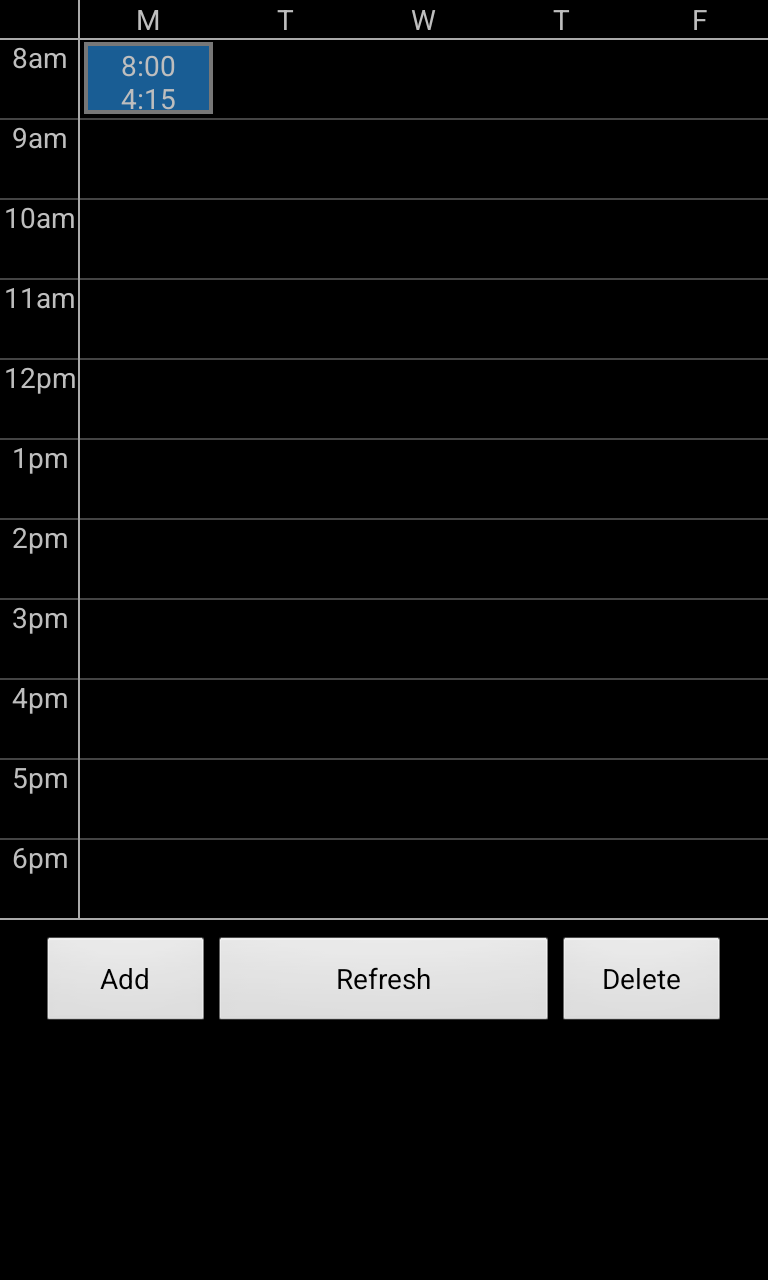
Repository: appsfactory/OfficeHours
Layout: OfficeHoursClient/res/layout/activity_schedule_view.xml
These files come from the project's save history. The layout is drawn as it stood at one moment and after the next save; the edit follows.
It is drawn on a 768 x 1280 px phone screen (xhdpi) without system bars, with theme AppTheme; the app's code is not run.

Above is the layout before, as saved 2012-09-27 18:12:21.

### OfficeHoursClient/res/layout/activity_schedule_view.xml
<?xml version="1.0" encoding="utf-8"?>
<LinearLayout xmlns:android="http://schemas.android.com/apk/res/android"
    android:layout_width="fill_parent"
    android:layout_height="wrap_content"
    android:orientation="vertical" >


    <RelativeLayout
        android:id="@+id/relativeLayout1"
        android:layout_width="match_parent"
        android:layout_height="wrap_content" >

        <TextView android:background="#aaa" android:layout_width = "1dp" android:layout_height="wrap_content" android:layout_marginTop="0dp" android:layout_marginLeft="39dp" android:text=" "/>

		<!-- HEADERS -->
        <LinearLayout
            android:id="@+id/linearLayout1"
            android:layout_width="wrap_content"
            android:layout_height="wrap_content"
            android:layout_alignParentLeft="true"
            android:layout_alignParentRight="true"
            android:layout_alignParentTop="true" >

            <TextView
                android:id="@+id/mon_header"
                android:layout_width="0dp"
                android:layout_height="wrap_content"
                android:layout_marginLeft="40dp"
                android:layout_weight="2"
                android:gravity="center"
                android:text="M" />

            <TextView
                android:id="@+id/tue_header"
                android:layout_width="0dp"
                android:layout_height="wrap_content"
                android:layout_weight="2"
                android:gravity="center"
                android:text="T" />

            <TextView
                android:id="@+id/wed_header"
                android:layout_width="0dp"
                android:layout_height="wrap_content"
                android:layout_weight="2"
                android:gravity="center"
                android:text="W" />

            <TextView
                android:id="@+id/thu_header"
                android:layout_width="0dp"
                android:layout_height="wrap_content"
                android:layout_weight="2"
                android:gravity="center"
                android:text="T" />

            <TextView
                android:id="@+id/fri_header"
                android:layout_width="0dp"
                android:layout_height="wrap_content"
                android:layout_weight="2"
                android:gravity="center"
                android:text="F" />
        </LinearLayout>
    </RelativeLayout>

    <ScrollView
        android:id="@+id/scrollView1"
        android:layout_width="match_parent"
        android:layout_height="wrap_content"
        android:padding="0dp"
        android:scrollbars="none" >"

		<!--  GRID/BORDERS -->
        <RelativeLayout
            android:id="@+id/relativeLayout242"
            android:layout_width="match_parent"
            android:layout_height="wrap_content"
            android:padding="0dp" >



            <View android:background="#aaa" android:layout_width = "fill_parent" android:layout_height="1dp" android:layout_marginTop="0dp" />
            <View android:background="#444" android:layout_width = "fill_parent" android:layout_height="1dp" android:layout_marginTop="40dp"/>
            <View android:background="#444" android:layout_width = "fill_parent" android:layout_height="1dp" android:layout_marginTop="80dp"/>
            <View android:background="#444" android:layout_width = "fill_parent" android:layout_height="1dp" android:layout_marginTop="120dp"/>
            <View android:background="#444" android:layout_width = "fill_parent" android:layout_height="1dp" android:layout_marginTop="160dp"/>
            <View android:background="#444" android:layout_width = "fill_parent" android:layout_height="1dp" android:layout_marginTop="200dp"/>
            <View android:background="#444" android:layout_width = "fill_parent" android:layout_height="1dp" android:layout_marginTop="240dp"/>
            <View android:background="#444" android:layout_width = "fill_parent" android:layout_height="1dp" android:layout_marginTop="280dp"/>
            <View android:background="#444" android:layout_width = "fill_parent" android:layout_height="1dp" android:layout_marginTop="320dp"/>
            <View android:background="#444" android:layout_width = "fill_parent" android:layout_height="1dp" android:layout_marginTop="360dp"/>
            <View android:background="#444" android:layout_width = "fill_parent" android:layout_height="1dp" android:layout_marginTop="400dp"/>
            <View android:background="#aaa" android:layout_width = "fill_parent" android:layout_height="1dp" android:layout_marginTop="440dp"/>
            <View android:background="#aaa" android:layout_width = "1dp" android:layout_height="441dp" android:layout_marginTop="0dp" android:layout_marginLeft="39dp"/>

<!--
            <View android:background="#777" android:layout_width = "fill_parent" android:layout_height="1dp" android:layout_marginTop="20dp"/>
            <View android:background="#777" android:layout_width = "fill_parent" android:layout_height="1dp" android:layout_marginTop="60dp"/>
            <View android:background="#777" android:layout_width = "fill_parent" android:layout_height="1dp" android:layout_marginTop="100dp"/>
            <View android:background="#777" android:layout_width = "fill_parent" android:layout_height="1dp" android:layout_marginTop="140dp"/>
            <View android:background="#777" android:layout_width = "fill_parent" android:layout_height="1dp" android:layout_marginTop="180dp"/>
            <View android:background="#777" android:layout_width = "fill_parent" android:layout_height="1dp" android:layout_marginTop="220dp"/>
            <View android:background="#777" android:layout_width = "fill_parent" android:layout_height="1dp" android:layout_marginTop="260dp"/>
            <View android:background="#777" android:layout_width = "fill_parent" android:layout_height="1dp" android:layout_marginTop="300dp"/>
            <View android:background="#777" android:layout_width = "fill_parent" android:layout_height="1dp" android:layout_marginTop="340dp"/>
            <View android:background="#777" android:layout_width = "fill_parent" android:layout_height="1dp" android:layout_marginTop="380dp"/>
            <View android:background="#777" android:layout_width = "fill_parent" android:layout_height="1dp" android:layout_marginTop="420dp"/> -->


            <LinearLayout
                android:id="@+id/linearLayout2"
                android:layout_width="match_parent"
                android:layout_height="wrap_content"
                android:padding="0dp" >

                <!-- SIDEBAR -->

                <RelativeLayout
                    android:id="@+id/sidebar"
                    android:layout_width="37dp"
                    android:layout_height="wrap_content"
                    android:layout_marginLeft="1.5dp"
                    android:layout_marginRight="1.5dp"
                    android:padding="0dp" >

                    <TextView
                        android:id="@+id/textView10"
                        android:layout_width="match_parent"
                        android:layout_height="wrap_content"
                        android:layout_marginTop="0dp"
                        android:gravity="center"
                        android:text="8am" />

                    <TextView
                        android:id="@+id/textView10"
                        android:layout_width="match_parent"
                        android:layout_height="wrap_content"
                        android:layout_marginTop="40dp"
                        android:gravity="center"
                        android:text="9am" />

                    <TextView
                        android:id="@+id/textView10"
                        android:layout_width="match_parent"
                        android:layout_height="wrap_content"
                        android:layout_marginTop="80dp"
                        android:gravity="center"
                        android:text="10am" />

                    <TextView
                        android:id="@+id/textView10"
                        android:layout_width="match_parent"
                        android:layout_height="wrap_content"
                        android:layout_marginTop="120dp"
                        android:gravity="center"
                        android:text="11am" />

                    <TextView
                        android:id="@+id/textView10"
                        android:layout_width="match_parent"
                        android:layout_height="wrap_content"
                        android:layout_marginTop="160dp"
                        android:gravity="center"
                        android:text="12pm" />

                    <TextView
                        android:id="@+id/textView10"
                        android:layout_width="match_parent"
                        android:layout_height="wrap_content"
                        android:layout_marginTop="200dp"
                        android:gravity="center"
                        android:text="1pm" />

                    <TextView
                        android:id="@+id/textView10"
                        android:layout_width="match_parent"
                        android:layout_height="wrap_content"
                        android:layout_marginTop="240dp"
                        android:gravity="center"
                        android:text="2pm" />

                    <TextView
                        android:id="@+id/textView10"
                        android:layout_width="match_parent"
                        android:layout_height="wrap_content"
                        android:layout_marginTop="280dp"
                        android:gravity="center"
                        android:text="3pm" />

                    <TextView
                        android:id="@+id/textView10"
                        android:layout_width="match_parent"
                        android:layout_height="wrap_content"
                        android:layout_marginTop="320dp"
                        android:gravity="center"
                        android:text="4pm" />

                    <TextView
                        android:id="@+id/textView10"
                        android:layout_width="match_parent"
                        android:layout_height="wrap_content"
                        android:layout_marginTop="360dp"
                        android:gravity="center"
                        android:text="5pm" />

                    <TextView
                        android:id="@+id/textView10"
                        android:layout_width="match_parent"
                        android:layout_height="wrap_content"
                        android:layout_marginTop="400dp"
                        android:gravity="center"
                        android:text="6pm" />
                </RelativeLayout>

                <RelativeLayout
                    android:id="@+id/relativeLayout3"
                    android:layout_width="0dp"
                    android:layout_height="match_parent"
                    android:layout_weight="14"
                    android:padding="0dp" >

                    <LinearLayout
                        android:id="@+id/linearLayout3"
                        android:layout_width="match_parent"
                        android:layout_height="wrap_content"
                        android:layout_alignParentLeft="true"
                        android:layout_alignParentRight="true"
                        android:layout_alignParentTop="true"
                        android:padding="0dp" >


                        <!-- COLUMNS -->
                        <RelativeLayout
                            android:id="@+id/moncolumn"
                            android:layout_width="0dp"
                            android:layout_height="match_parent"
                            android:layout_weight="1" >

							<View android:background="#777" android:layout_width = "fill_parent" android:layout_height="36dp" android:layout_margin="2dp" />
							<LinearLayout
							     android:layout_width="fill_parent"
							    android:layout_height="32dp"
							    android:layout_margin="4dp"
							    android:background="#195D94">
							    <TextView
							    	android:layout_width="fill_parent"
							    	android:layout_height="wrap_content"
							    	android:layout_alignParentBottom="true"
							    	android:text="test"/>

							</LinearLayout>
							<TextView
							    android:layout_width="fill_parent"
							    android:layout_height="32dp"
							    android:layout_margin="4dp"
							    android:background="#195D94"
							    android:gravity="center"
							    android:text='8:00&#10;4:15' />

							<!-- <TextView
        android:id="@+id/login_subtitle"
        android:layout_width="wrap_content"
        android:layout_height="wrap_content"
        android:layout_below="@+id/login_title"
        android:layout_centerHorizontal="true"
        android:text="@string/login_subtitle"
        android:textAppearance="?android:attr/textAppearanceLarge" /> -->

                        </RelativeLayout>

                        <RelativeLayout
                            android:id="@+id/tuecolumn"
                            android:layout_width="0dp"
                            android:layout_height="match_parent"
                            android:layout_weight="1" >

                        </RelativeLayout>

                        <RelativeLayout
                            android:id="@+id/wedcolumn"
                            android:layout_width="0dp"
                            android:layout_height="match_parent"
                            android:layout_weight="1" >

                        </RelativeLayout>

                        <RelativeLayout
                            android:id="@+id/thucolumn"
                            android:layout_width="0dp"
                            android:layout_height="match_parent"
                            android:layout_weight="1" >

                        </RelativeLayout>

                        <RelativeLayout
                            android:id="@+id/fricolumn"
                            android:layout_width="0dp"
                            android:layout_height="match_parent"
                            android:layout_weight="1" >

                            <Button
                                android:id="@+id/button1"
                                android:layout_width="fill_parent"
                                android:layout_height="180dp"
                                android:layout_marginTop="480dp"
                                android:text="Some Event" />

                        </RelativeLayout>

                    </LinearLayout>
                </RelativeLayout>
            </LinearLayout>
        </RelativeLayout>
    </ScrollView>

    <LinearLayout
        android:id="@+id/footer"
        android:layout_width="match_parent"
        android:layout_height="wrap_content"
        android:padding="0dp"
        android:layout_marginTop="7.5dp"
        android:layout_marginLeft="20dp"
        android:layout_marginRight="20dp" >

        <Button
            android:id="@+id/addbutton"
            android:layout_width="0dp"
            android:layout_height="fill_parent"
            android:layout_weight="1"
            android:text="Add" />
        <Button
            android:id="@+id/addbutton"
            android:layout_width="0dp"
            android:layout_height="fill_parent"
            android:layout_weight="2"
            android:text="Refresh" />
        <Button
            android:id="@+id/addbutton"
            android:layout_width="0dp"
            android:layout_height="fill_parent"
            android:layout_weight="1"
            android:text="Delete" />

    </LinearLayout>

</LinearLayout>

### OfficeHoursClient/res/values/styles.xml
<resources>

    <style name="AppTheme" parent="android:Theme.Black.NoTitleBar" />

</resources>

### OfficeHoursClient/res/values/strings.xml
<resources>

    <string name="app_name">Office Hours @ the Hub</string>
    <string name="hello_world">Hello world!</string>
    <string name="menu_settings">Settings</string>
    <string name="title_activity_sign__in">Sign_In</string>
    <string name="schedule_button">My Schedule</string>
    <string name="title_activity_log__in">Log_In</string>
    <string name="login_title">OFFICE HOURS</string>
    <string name="login_subtitle"> \@ the hub</string>
    <string name="login_footer">By the Apps Factory Wizards</string>
    <string name="title_activity_sign_in_checker">SignInChecker</string>
    <string name="title_activity_schedule_view">ScheduleView</string>

</resources>

After the next save:
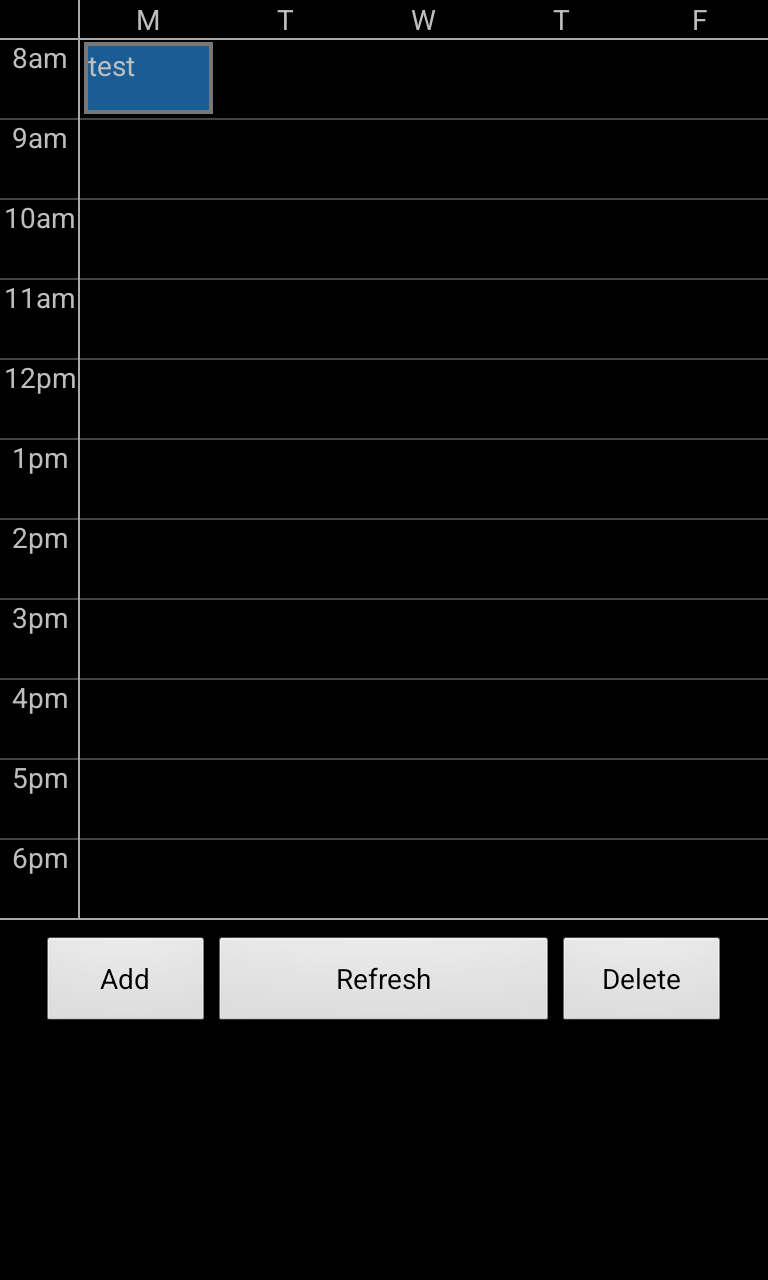
Saved 12 s later.
--- a/OfficeHoursClient/res/layout/activity_schedule_view.xml
+++ b/OfficeHoursClient/res/layout/activity_schedule_view.xml
@@ -250,13 +250,6 @@
 							    	android:text="test"/>
 
 							</LinearLayout>
-							<TextView
-							    android:layout_width="fill_parent"
-							    android:layout_height="32dp"
-							    android:layout_margin="4dp"
-							    android:background="#195D94"
-							    android:gravity="center"
-							    android:text='8:00&#10;4:15' />
 
 							<!-- <TextView
         android:id="@+id/login_subtitle"
